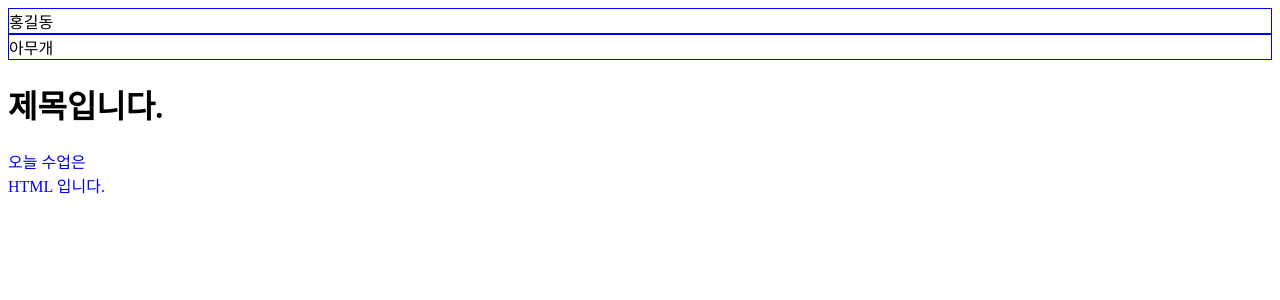
Repository: kmd192kmd/Web
Page: html/HtmlTest/src/main/webapp/ex03.html
The author's editor kept a copy of each file at every save. The page is drawn from the files as they stood at one save, then again after the next save.
The browser window is 1280 px wide. The pictures show the whole page.

Above is the page before, as saved 2026-02-12 06:20:10.

After the next save:
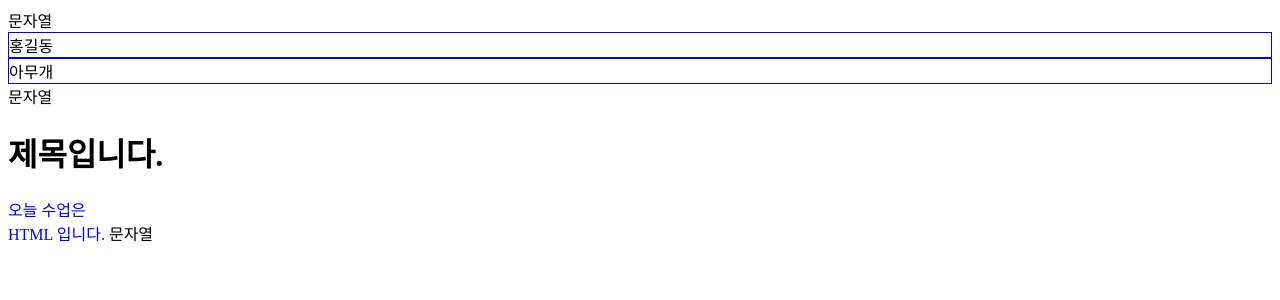
Saved 80 s later.
--- a/html/HtmlTest/src/main/webapp/ex03.html
+++ b/html/HtmlTest/src/main/webapp/ex03.html
@@ -1,17 +1,34 @@
+<!--
+
+	문서 선언문
+	- DTD 언어의 구문
+	- 문서 유형
+	- 브라우저에게 현재 문서가 어떤 구성인지를 알려주는 역할
+	- <!DOCTYPE html>: HTML 5 만들어진 문서입니다.
+
+	- <!DOCTYPE html PUBLIC "-//W3C//DTD HTML 4.01 Transitional//EN" "http://www.w3.org/TR/html4/loose.dtd">
+
+	- <!DOCTYPE html PUBLIC "-//W3C//DTD XHTML 1.0 Transitional//EN" "http://www.w3.org/TR/xhtml1/DTD/xhtml1-transitional.dtd">
+
+
+-->
 <!DOCTYPE html>
+
+
 <html>
 <head>
 <meta charset="UTF-8">
 <title>Insert title here</title>
 <style>
-	div {border : 1px solid blue;}
+	div { border: 1px solid blue; }
 </style>
 </head>
 <body>
-
+	<!-- ex03.html -->
 	<!--
 
 		HTML 수업 = XML 수업 > ML 언어
+
 
 		HTML 구성 요소
 
@@ -19,7 +36,7 @@
 		2. 특성(Attribute)
 		3. 텍스트(PCDATA)
 		4. 주석(Comment)
-		--------------------------------
+		---------------------------
 		5. 선언문(Declaration)
 		6. 엔티티(Entity)
 		7. 외부 요소
@@ -32,6 +49,62 @@
 		- 데이터를 화면에 출력하는 역할 b
 		- 각 태그마다 역할 부여 > 출력되는 결과 or 기능 or 의미가 다르다.
 
+		1.1 HTML 태그 표현 방식
+			a. <태그명>내용물</태그명>
+				- 내용물을 가지는 태그
+				- 쌍태그
+				- <태그명>: 시작 태그
+				- </태그명>: 끝 태그
+
+			b. <태그명>, <태그명 />, <태그명></태그명>
+				- 내용물이 없는 태그
+				- 단독태그, 빈태그
+
+		1.2 태그 내용물의 형식, Content Type
+			- <태그명>내용물</태그명>
+			a. 자식 태그
+				- 또 다른 태그들이 내용물로 온다.
+				- 문자열을 올 수 없다.
+
+			b. PCDATA, Parsed Character Data, 문자열
+				- 문자열만 올 수 있다.
+				- 자식 태그들을 가질 수 없다.
+
+			c. Empty
+				- 아무것도 가지지 않는다. > 단독 태그, 빈태그
+
+			d. Mixed, 혼합용
+				- a + b + c
+				- 자식으로 태그와 문자열을 모두 가질 수 있다.
+				- 대다수의 태그는 혼합형이다.
+
+
+		2. 특성(Attribute)
+		- 태그가 가지는 데이터
+		- 역할: 태그가 가지는 성질을 표현하는 데이터
+		- 속성값(CDATA): 파싱을 안함(문법 검사 안함)
+		- 표기법
+			a. <시작태그 속성명="값"></끝태그>
+			b. <단독태그 속성명="값">
+			c. <시작태그 속성명="값" 속성명="값" 속성명="값"></끝태그>
+				- 속성간에는 순서가 없다.
+
+			a. <시작태그 속성명="값"></끝태그> : 사용O
+			b. <시작태그 속성명='값'></끝태그> : 사용O
+			c. <시작태그 속성명=값></끝태그>   : 사용X
+
+				ex) <tag attr="value" attr="value1 value2 value3">
+				    <tag attr="value" attr='value1 value2 value3'>
+				    <tag attr="value" attr=value1 value2 value3>
+
+
+		3. 텍스트(PCDATA)
+		- 태그가 가지는 데이터
+		- 역할: 화면에 출력되는 데이터
+		- 파싱을 함(문법 검사 함)
+
+
+
 
 
 
@@ -40,15 +113,20 @@
 		a. student.txt > CSV = 구조(O) + 의미(X)
 		b. student.xml > 구조(O) + 의미(O)
 
+	-->
 
-	 -->
+	문자열
 
-	 <div>홍길동</div>
-	 <div>아무개</div>
+	<div>홍길동</div>
+	<div>아무개</div>
 
-	 <h1> 제목입니다.</h1>
+	문자열
 
-	 <font color="blue" face="궁서체" title="오늜 수업 내용">오늘 수업은 <br> HTML 입니다.</font>
+	<h1>제목입니다.</h1>
+
+	<font color="blue" face="궁서체" title="오늘 수<br>업 내용">오늘 수업은 <br> HTML 입니다.</font>
+
+	문자열
 
 </body>
 </html>
